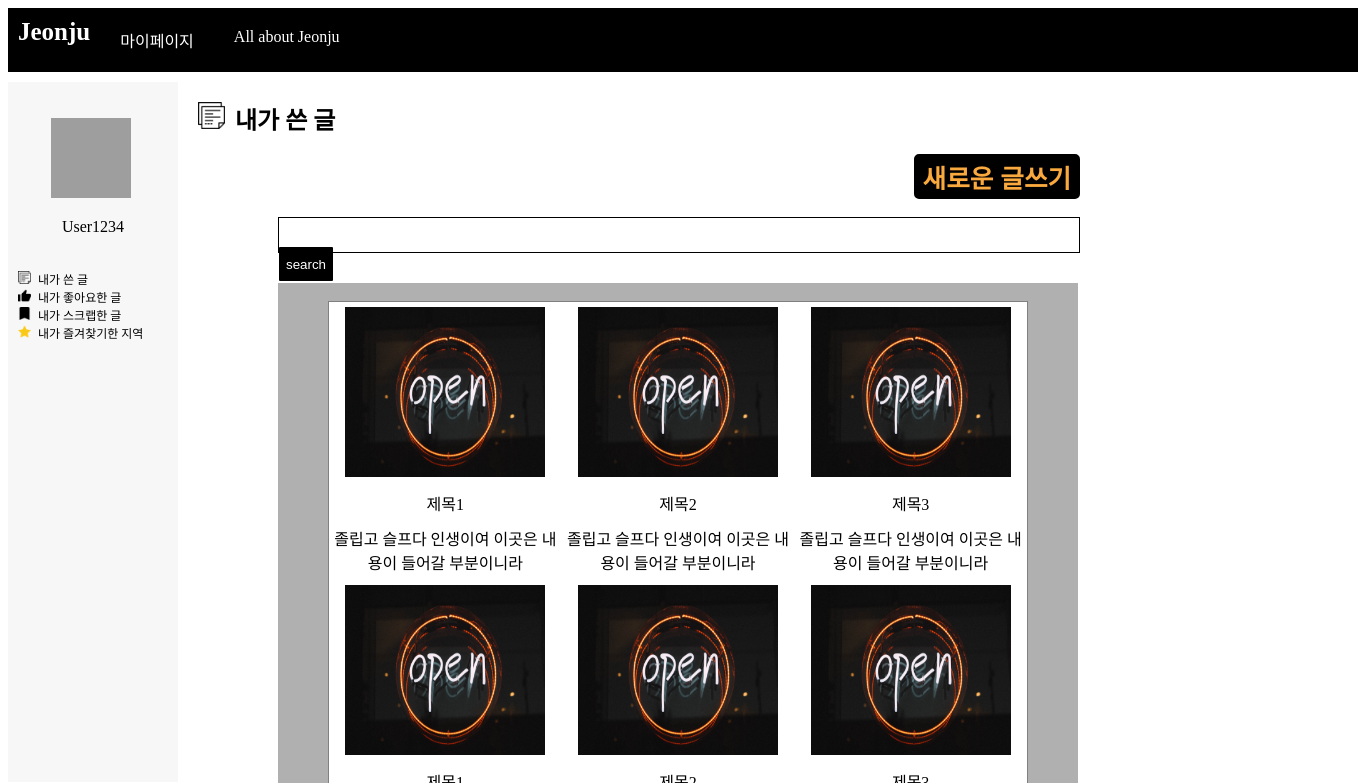
Repository: wka99/WEB-PROJECT
Page: http://localhost/Jeonju/UserPage.html
An editor plug-in stored every save of this project. The page is shown before and after the next save, followed by the edit.
The browser window is 1280 px wide. The page is 1358 px wide, so the pictures cover 1358 px, including what lies to the right of the window. The pictures show the whole page.
The pointer rests on the first visible `.btn-2`.
Pictures or frames that could not be fetched are drawn as grey boxes. An inner scrolling area shows only its first screen. Some web libraries are served in a nearby version. The page is served by Tomcat 9. Other server files are loaded and not shown.

Above is the page before, as saved 2018-12-03 09:20:55.

### Jeonju/WebContent/UserPage.html
<!DOCTYPE html>
<html>
<head>
<meta content="text/html" charset="EUC-KR">
<script src="https://code.jquery.com/jquery-3.2.1.min.js"></script>
<script>
$(document).ready(function(){
    $("#searchbutton").click(function(event){
    	var keyword=$(".searchtext").val();
    	alert(keyword);
    });
})
</script>
<title>전주 mypage</title>
<link rel="stylesheet" type="text/css" href="NewFile.css">
</head>
<body>
<div id="container">
	<ul class="menubar">
		<li class="h"><a class="title" href="##"><b>Jeonju</b></a></li>
		<li class="h"><a class="h" href="UserPage.html">마이페이지</a>
			<ul>
				<li><a href="UserPage.html"><img id="usermenuimg" src="paper.png"></img> 내가 쓴 글</a></li>
				<li><a href="UserPage2.html"><img id="usermenuimg" src="thumb-up-button.png"></img> 내가 좋아요한 글</a></li>
				<li><a href="UserPage3.html"><img id="usermenuimg" src="bookmark-ribbon.png"></img> 내가 스크랩한 글</a></li>
				<li><a href="UserPage4.html"><img id="usermenuimg" src="star.png"></img> 내가 즐겨찾기한 글</a></li>
			</ul>
		</li>
		<li class="h"><a class="h" href="##">All about Jeonju</a></li>
	</ul>
    <nav>
    	<br><br>
    	<img id="userImg" src="user.png" width="80px" height="80px"></img>
    	<br><p align="center">User1234</p><br></a>
	<div class="menu">
    	<img id="usermenuimg" src="paper.png"></img>
    	<a href="UserPage.html"><span>&nbsp;내가 쓴 글</span><br></a>
    	<img id="usermenuimg" src="thumb-up-button.png"></img>
    	<a href="UserPage2.html"><span>&nbsp;내가 좋아요한 글</span><br></a>
    	<img id="usermenuimg" src="bookmark-ribbon.png"></img>
    	<a href="UserPage3.html"><span>&nbsp;내가 스크랩한 글</span><br></a>
    	<img id="usermenuimg" src="star.png"></img>
    	<a href="UserPage4.html"><span>&nbsp;내가 즐겨찾기한 지역</span></a>
	</div>
    </nav>
    <section>
    	<div class="title">
    		<img class="bigMenu" id="내가 쓴 글" src="paper.png" width="27px" height="27px"></img>
    		<b><font size="5">&nbsp;내가 쓴 글</font></b>
    	</div>
    	<br>
    	<div align="right">
    		<button class="btn-2">새로운 글쓰기</button>
    	</div>
    	<br>
    	<div class="searchwindow">
    		<input type="text" class="searchtext" value=""/>
    		<button id="searchbutton" type="button" class="search">search</button>
    	</div>

    	<br><br>
    	<div class="myPost">
    	<br>
    	<table id="user-table">
    		<tbody>
    		<tr>
				<td><img src="ds.jpg" width="200px" height="170px"></td>
				<td><img src="ds.jpg" width="200px" height="170px"></td>
				<td><img src="ds.jpg" width="200px" height="170px"></td>
    		</tr>
    		<tr>
    			<td height="10px">제목1</td>
				<td height="10px">제목2</td>
				<td height="10px">제목3</td>
    		</tr>
    		<tr>
    			<td height="50px">졸립고 슬프다 인생이여 이곳은 내용이 들어갈 부분이니라</td>
				<td height="50px">졸립고 슬프다 인생이여 이곳은 내용이 들어갈 부분이니라</td>
				<td height="50px">졸립고 슬프다 인생이여 이곳은 내용이 들어갈 부분이니라</td>
    		</tr>
    		<tr>
				<td><img src="ds.jpg" width="200px" height="170px"></td>
				<td><img src="ds.jpg" width="200px" height="170px"></td>
				<td><img src="ds.jpg" width="200px" height="170px"></td>
    		</tr>
    		<tr>
    			<td height="10px">제목1</td>
				<td height="10px">제목2</td>
				<td height="10px">제목3</td>
    		</tr>
    		<tr>
    			<td height="50px">졸립고 슬프다 인생이여 이곳은 내용이 들어갈 부분이니라</td>
				<td height="50px">졸립고 슬프다 인생이여 이곳은 내용이 들어갈 부분이니라</td>
				<td height="50px">졸립고 슬프다 인생이여 이곳은 내용이 들어갈 부분이니라</td>
    		</tr>
    		</tbody>
    	</table>
    	</div>
    </section>
</div>
</body>
</html>

### Jeonju/WebContent/NewFile.css
	#container{
		width:1350px;
		margin:0px auto;
	}
	header{
		    		width:100%;
                    height:50px;
                    background-color:black;
                    color:white;
                   }
    .menubar{
    	list-style-type:none;
    	margin:0;
    	padding:0;
    	overflow:hidden;
    	background-color:black;
    }
    li.h{
    	float:left;
    	solid #bbb;
    }
    li.h a.h{
    	display:block;
    	color:white;
    	text-align:center;
    	padding:20px;
    	text-decoration:none;
    }
    li.h a.title{
    	display:block;
    	color:white;
    	text-align:center;
    	padding:10px;
    	text-decoration:none;
    	font-size:25px;
    }
    .menubar li ul{
    	opacity:0.8;
		background: rgb(109,109,109);
		display:none; /* 평상시에는 드랍메뉴가 안보이게 하기 */
		height:auto;
		padding:0px;
		margin:0px;
		border:0px;
		position:absolute;
		width:200px;
		z-index:200;
	}
	.menubar li:hover ul{
		display:block; /* 마우스 커서 올리면 드랍메뉴 보이게 하기 */
	}
	.menubar li li {
	background: rgb(109,109,109);
	display:block;
	float:none;
	margin:0px;
	padding:0px;
	width:200px;
	}
	.menubar li:hover li a{
	background:none;
	}
	.menubar li ul a{
	display:block;
    color:white;
    text-align:left;
    text-decoration:none;
    padding:15px;
	}
	.menubar li ul a:hover, .menubar li ul li:hover a{
	background: rgb(71,71,71);
	border:0px;
	color:#ffffff;
	text-decoration:none;
	}
    li.h a.h:hover{background-color:#dfdfdf;}

    .searchwindow {
	display: inline-block;
	width: 800px; height: 34px;
	border: 1px solid black;
	background: white;
	align:center;
	margin-left:100px;
	}
	.searchtext {
		width: 731px; height: 21px;
		margin: 6px 0 0 9px;
		border: 0;
		line-height: 21px;
		font-size: 16px;
		outline: none;
	}
	.search {
		width: 54px; height: 34px;
		margin: 0; border: 0;
		vertical-align: top;
		background: black;
		color: white;
		border-radius: 1px;
		cursor: pointer;
	}
	.search:hover {
		background: #faa93e;
	}

	.btn-2,
	.btn-2::after {
	  -webkit-transition: all 0.3s;
	    -moz-transition: all 0.3s;
	  -o-transition: all 0.3s;
	    transition: all 0.3s;
	}
	.btn-2{
	  background: none;
	  border: 3px solid #000000;
	  border-radius: 5px;
	  color: #000000;
	  display: block;
	  font-size: 1.6em;
	  font-weight: bold;
	  position: relative;
	  text-transform: uppercase;
	}

	.btn-2::before,
	.btn-2::after {
	  background: #000000;
	  content: '';
	  position: absolute;
	  z-index: -1;
	}

	.btn-2:hover {
	  color: #faa93e;
	}

	.btn-2::after {
	  height: 100%;
	  left: 0;
	  top: 0;
	  width: 0;
	}

	.btn-2:hover:after {
	  width: 100%;
	}


    nav{
            float:left;
            margin-top:10px;
            background-color:#f7f7f7;
            width:170px;
            height:700px;}
    section{
    		float:left;
    	}
    #userImg{margin-left:43px;}
    #usermenuimg{margin-left:10px;width:13px;height:13px;}
	.menu{margin-bottom:5px;}
    nav span{font-size:12px;}
    .menu a{color:black;text-decoration:none;}
    header a{color:white;text-decoration:none;}
    .bigMenu{margin-left:20px; margin-top:30px;}
    .myPost{width:800px; height:500px; margin-left:100px; overflow:auto; background-color:#b0b0b0;}
    #user-table{margin:0 auto;text-align:center;border-collapse:collapse;width:700px;
                border:1px solid gray; background-color:white;}
    #user-table td{padding:5px;}

After the next save:
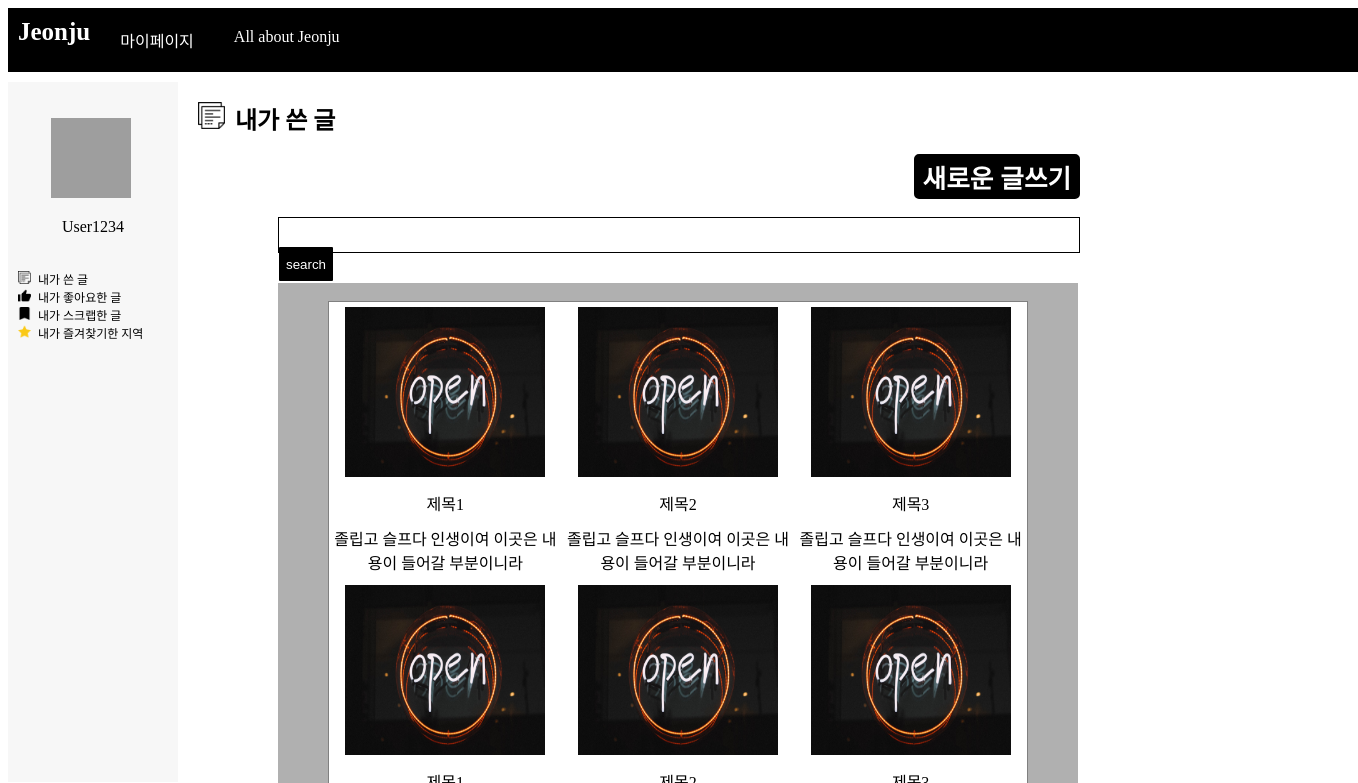
Saved 25 s later.
--- a/Jeonju/WebContent/NewFile.css
+++ b/Jeonju/WebContent/NewFile.css
@@ -132,7 +132,7 @@
 	}
 
 	.btn-2:hover {
-	  color: #faa93e;
+	  color: #fff;
 	}
 
 	.btn-2::after {
